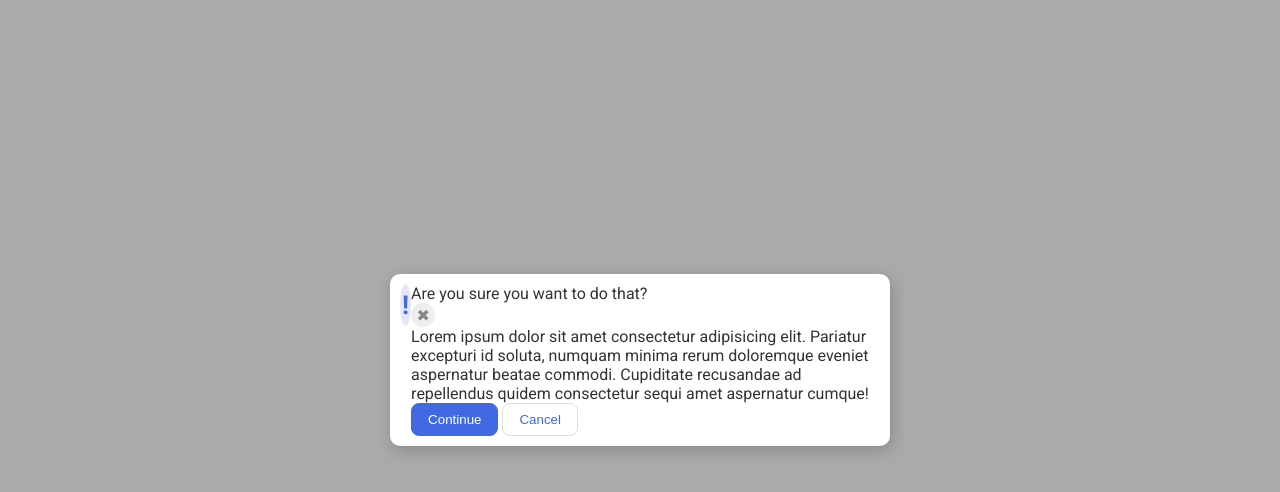
Repository: evemcd/odin_project
Page: 06-odin-css-flex/05-flex-modal/index.html
An editor plug-in stored every save of this project. The page is shown before and after the next save, followed by the edit.
The browser window is 1280 px wide. The pictures show the whole page.

Above is the page before, as saved 2022-02-03 09:47:10.

After the next save:
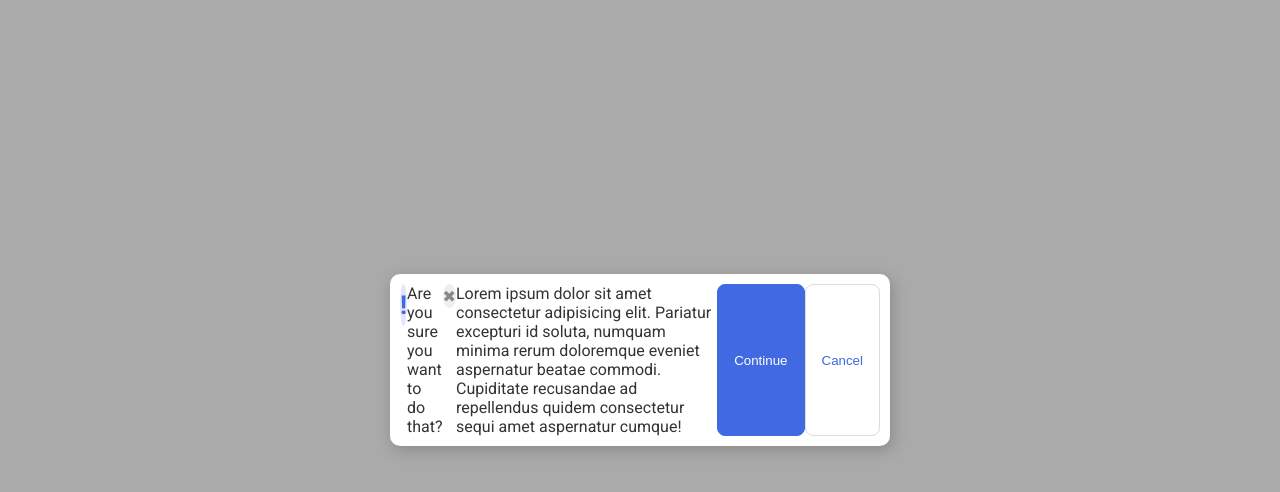
Saved 45 s later.
--- a/06-odin-css-flex/05-flex-modal/index.html
+++ b/06-odin-css-flex/05-flex-modal/index.html
@@ -12,16 +12,14 @@
 <body>
     <div class="modal">
         <div class="icon">!</div>
-        <div>
-            <div class="header">Are you sure you want to do that?</div>
-            <div class="close-button">✖</div>
-            <div class="text">Lorem ipsum dolor sit amet consectetur adipisicing elit. Pariatur excepturi id soluta,
-                numquam
-                minima rerum doloremque eveniet aspernatur beatae commodi. Cupiditate recusandae ad repellendus quidem
-                consectetur sequi amet aspernatur cumque!</div>
-            <button class="continue">Continue</button>
-            <button class="cancel">Cancel</button>
-        </div>
+        <div class="header">Are you sure you want to do that?</div>
+        <div class="close-button">✖</div>
+        <div class="text">Lorem ipsum dolor sit amet consectetur adipisicing elit. Pariatur excepturi id soluta,
+            numquam
+            minima rerum doloremque eveniet aspernatur beatae commodi. Cupiditate recusandae ad repellendus quidem
+            consectetur sequi amet aspernatur cumque!</div>
+        <button class="continue">Continue</button>
+        <button class="cancel">Cancel</button>
     </div>
 </body>
 
